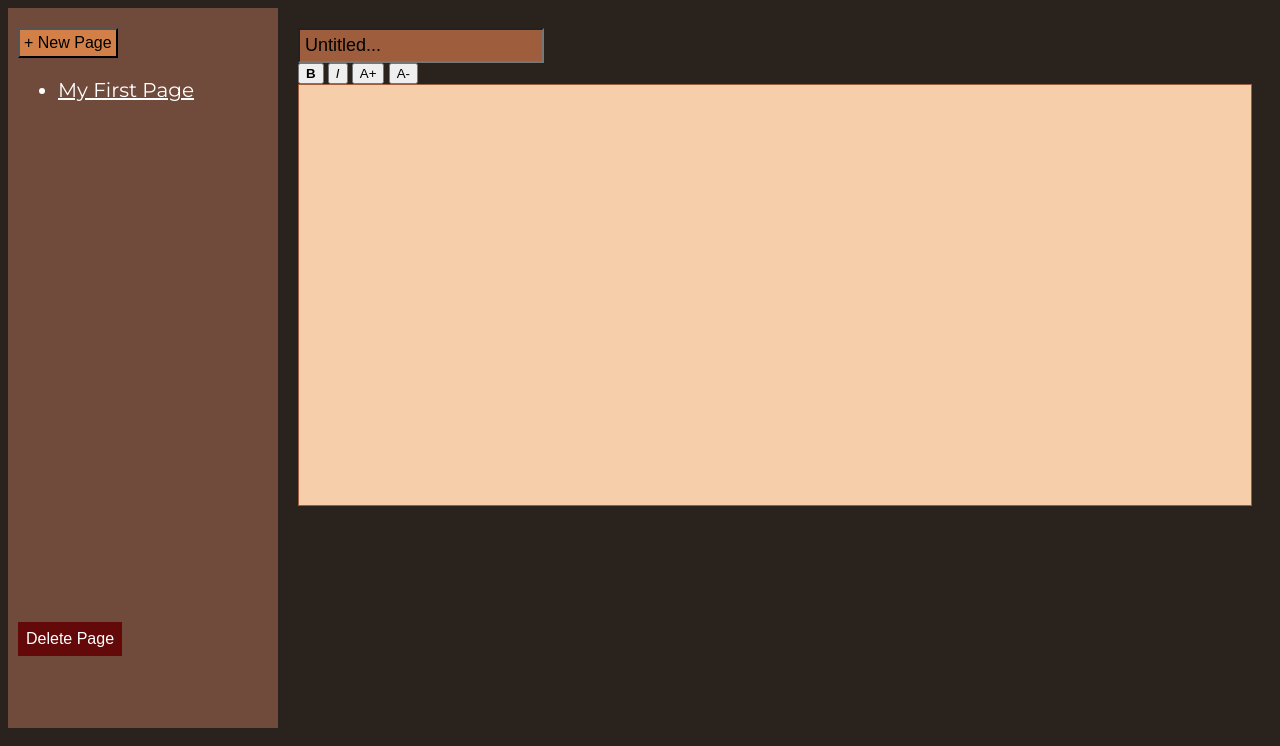
Repository: Dharshinimk-521/notes-app
Page: index.html
These files come from the project's save history. The page is drawn as it stood at one moment and after the next save; the edit follows.
The browser window is 1280 px wide. The pictures show the whole page.

Above is the page before, as saved 2026-04-18 22:41:39.

### index.html
<!DOCTYPE html>
<html lang="en">
    <head>
        <meta charset="UTF-8">
        <meta name="viewport" content="width=device-width, initial-scale=1.0">
        <title>Notes App</title>
        <link rel="stylesheet" href="style.css">
        <link rel="preconnect" href="https://fonts.googleapis.com">
        <link rel="preconnect" href="https://fonts.gstatic.com" crossorigin>
        <link href="https://fonts.googleapis.com/css2?family=Montserrat:ital,wght@0,100..900;1,100..900&display=swap" rel="stylesheet">
        <script src="app.js" defer></script>
    </head>
    <body>
    <div class="app">

        <aside class="sidebar">
        <button id="newPageBtn">+ New Page</button>
        <ul id="pageList"></ul>
        <button id="deletePageBtn"> Delete Page</button>
        </aside>

        <main class="editor">
            <input id="pageTitle" placeholder="Untitled..." />

            <div class="editor-container">


                <div class="tool-bar">
                    <button onclick="formatText('bold')"><b>B</b></button>
                    <button onclick="formatText('italic')"><i>I</i></button>
                    <button onclick="changeFontSize(1)">A+</button>
                    <button onclick="changeFontSize(-1)">A-</button>
                </div>


                <div id="editorArea" contenteditable="true"></div>

            </div>
        </main>

    </div>


    </body>
</html>

### style.css
body{
    font-family:'Montserrat',sans-serif;
    background-color: #29221D;
}
.app {
  margin: 0;
  display: flex;
  height: 100vh;

}

.sidebar {
  width: 250px;
  background: #704B3C;
  padding: 10px;
}

.editor {
  flex: 1;
  padding: 20px;
}

#editorArea {
  min-height: 400px;
  background-color: #F6CEA9;
  border: 1px solid #9E5E3D;
  padding: 10px;
  font-size: 16px;
}
#newPageBtn{
 background-color: #D28048;
 padding: 4px;
 margin-top: 10px;
 cursor:pointer;
 font-size: 16px;
}
#pageTitle{
    padding:5px;
    background-color: #9E5E3D;
    color: black;
    font-size: 18px;
}
::placeholder{
    color:black;
    opacity: 1
}
#deletePageBtn {
    margin-top: 500px;
  margin-bottom: 90px;
  background: #630909;
  color: white;
  border: none;
  padding: 8px;
  cursor: pointer;
  font-size: 16px;
}
#pageList{
    text-decoration: underline;
    color:white;
    cursor: pointer;
    font-size: 20px;
}

.toolbar {
  background: #222222;
  padding: 8px;
  border-bottom: 1px solid #ddd;
}

.toolbar button {
  margin-right: 5px;
  padding: 5px 8px;
  cursor: pointer;
}

### app.js
// Load pages from localStorage OR use default
let pages = JSON.parse(localStorage.getItem("pages")) || [
  {
    id: "123",
    title: "My First Page",
    content: "<p>Hello world</p>"
  }
];

let currentPageId = null;

// Save all pages
function savePages() {
  localStorage.setItem("pages", JSON.stringify(pages));
}

// Create new page
function createPage() {
  const newPage = {
    id: Date.now().toString(),
    title: "Untitled",
    content: ""
  };

  pages.push(newPage);
  savePages();
  renderPages();
  openPage(newPage.id);
}

// Render sidebar
function renderPages() {
  const pageList = document.getElementById("pageList");
  pageList.innerHTML = "";

  pages.forEach((page) => {
    const li = document.createElement("li");
    li.textContent = page.title;

    if (page.id === currentPageId) {
      li.style.background = "#ddd";

    }

    li.onclick = () => openPage(page.id);

    pageList.appendChild(li);
  });
}

// Open page
function openPage(id) {
    console.log("Opening page:", id);
  const page = pages.find(p => p.id === id);
  currentPageId = id;

  if (!page) return;

  document.getElementById("pageTitle").value = page.title;
  document.getElementById("editorArea").innerHTML = page.content;
}

// Auto save current page
function saveCurrentPage() {
  const page = pages.find(p => p.id === currentPageId);
  if (!page) return;

  page.title = document.getElementById("pageTitle").value;
  page.content = document.getElementById("editorArea").innerHTML;

  savePages();
}
//del func
function deleteCurrentPage() {
  if (!currentPageId) return;

  const confirmDelete = confirm("Delete this page?");
  if (!confirmDelete) return;

  pages = pages.filter(p => p.id !== currentPageId);

  savePages();
  renderPages();

  if (pages.length > 0) {
    openPage(pages[0].id);
  } else {
    currentPageId = null;
    document.getElementById("pageTitle").value = "";
    document.getElementById("editorArea").innerHTML = "";
  }
}
// Event listeners
document.getElementById("newPageBtn").onclick = createPage;
document.getElementById("editorArea").addEventListener("input", saveCurrentPage);
document.getElementById("pageTitle").addEventListener("input", saveCurrentPage);
document.getElementById("deletePageBtn").onclick = deleteCurrentPage;
// Initial render
renderPages();

After the next save:
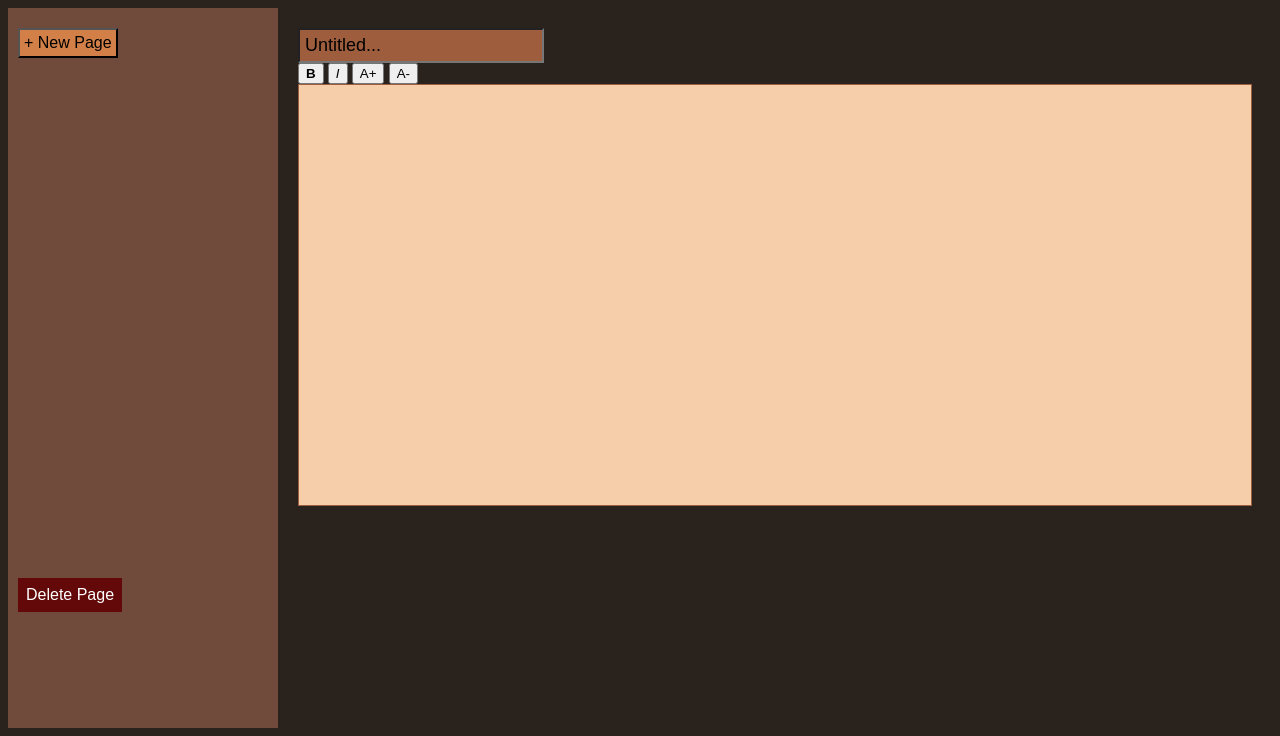
Console error: SyntaxError: Unexpected token '}'
Saved 2 min 44 s later.
--- a/app.js
+++ b/app.js
@@ -90,6 +90,9 @@
     document.getElementById("editorArea").innerHTML = "";
   }
 }
+function formatText(command) {
+  const editor=
+}
 // Event listeners
 document.getElementById("newPageBtn").onclick = createPage;
 document.getElementById("editorArea").addEventListener("input", saveCurrentPage);

After the save that followed:
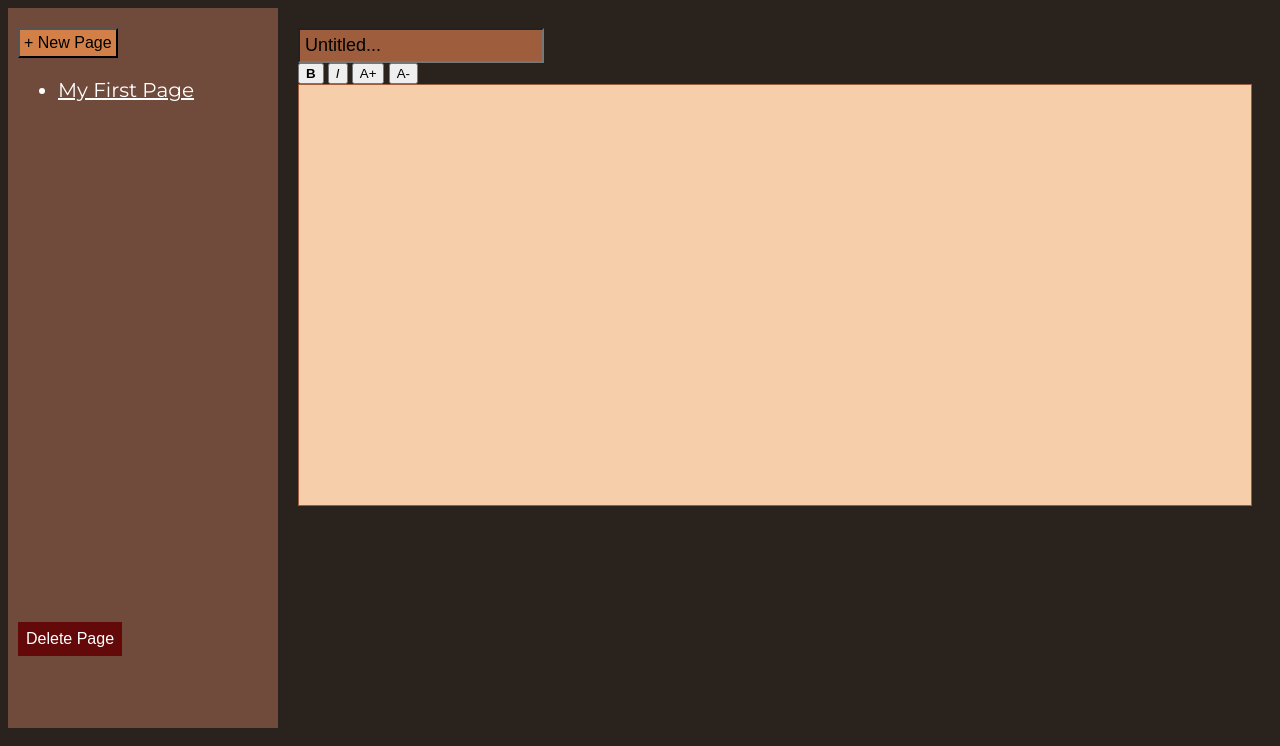
The error is gone.
Saved 5 s later.
--- a/app.js
+++ b/app.js
@@ -91,7 +91,7 @@
   }
 }
 function formatText(command) {
-  const editor=
+  const editor= document
 }
 // Event listeners
 document.getElementById("newPageBtn").onclick = createPage;
